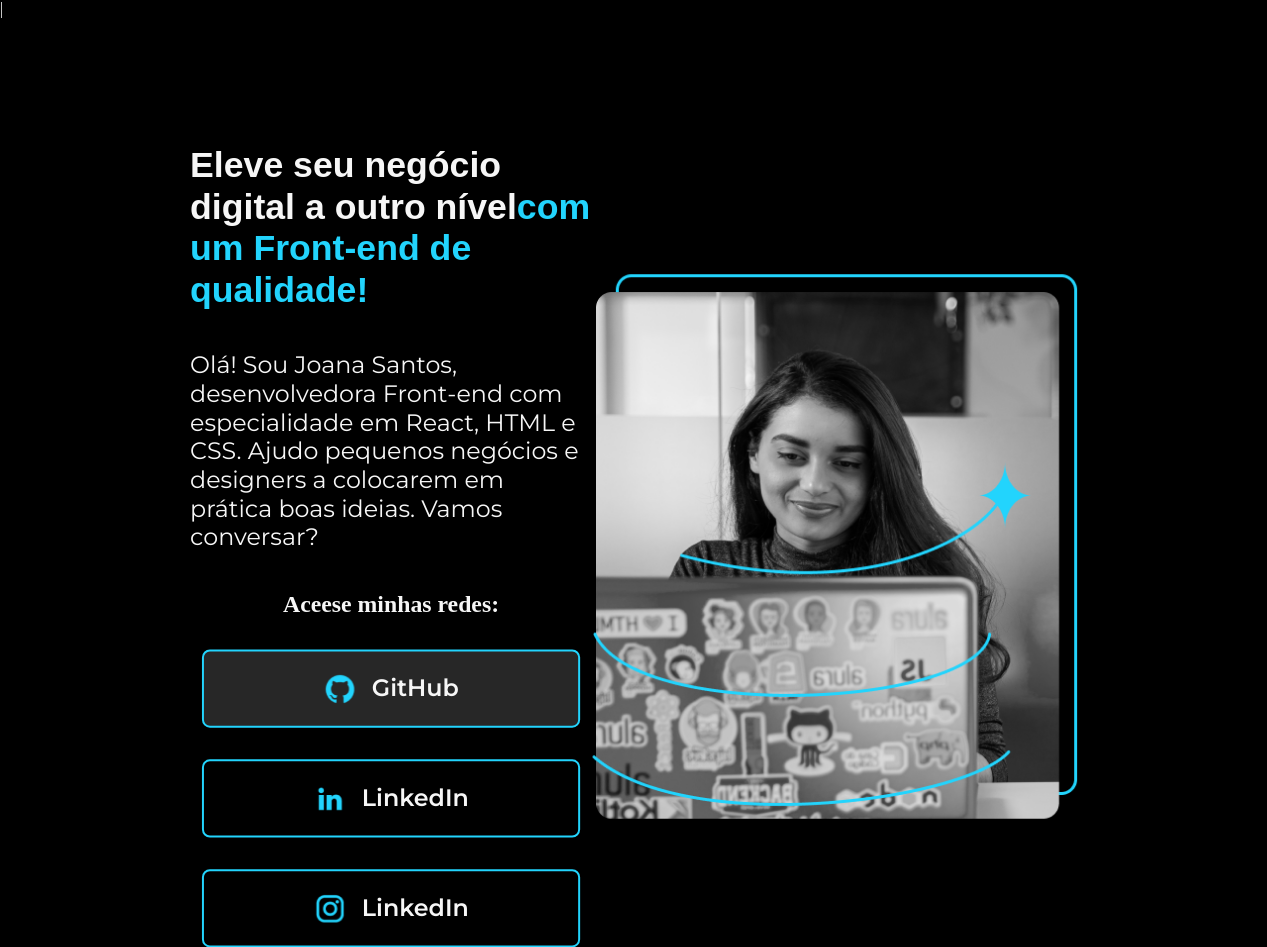
Repository: AnaFzCz/Portifolio-HTML-CSS-dinamico
Page: index.html
An editor plug-in stored every save of this project. The page is shown before and after the next save, followed by the edit.
The browser window is 1280 px wide. The pictures show the whole page, at 99% of full size.
The pointer rests on the first visible `.apresentacao__links__link`.
Some web fonts or font styles are not loaded; a fallback is used.

Above is the page before, as saved 2025-02-09 06:48:30.

### index.html
|
<!DOCTYPE html>
<html lang="pt-br">

<head>
    <meta charset="UTF-8">
    <meta http-equiv="X-UA-Compatible" content="IE=edge">
    <meta name="viewport" content="width=device-width, initial-scale=1.0">
    <title>Portifolio</title>
    <link rel="stylesheet" href="style.css">
</head>

<body>
    <header></header>
    <main class="apresentacao">
        <section class="apresentacao__conteudo">
            <h1 class="apresentacao__conteudo__titulo">Eleve seu negócio digital a outro nível<strong
                    class="titulo-destaque">com um Front-end de qualidade!
                </strong></h1>
            <p class="apresentacao__conteudo__texto">Olá! Sou Joana Santos, desenvolvedora
                Front-end com especialidade em React, HTML e
                CSS. Ajudo pequenos negócios e designers a
                colocarem em prática boas ideias. Vamos
                conversar?</p>
            <div class="apresentacao__links">
                <h2 class="apresentacao__links_subtitulo">Aceese minhas redes:</h2>
               <a class="apresentacao__links__link" href="https://github.com/AnaFzCz">
                <img src="/assets/github.png">
                GitHub</a>
                <a class="apresentacao__links__link" href="https://linkdIn.com/in/ana-fernandez-cruz-238787124">
                    <img src="/assets/linkedin.png">
                    LinkedIn</a>
                    <a class="apresentacao__links__link" href="https://instagram.com/anafzcz">
                        <img src="/assets/instagram.png">
                        LinkedIn</a>

            </div>

        </section>
        <img src="/assets/Imagem.png" alt="Foto da Joana Santos programando">
    </main>
    <footer></footer>
</body>

</html>

### style.css
@import url('https://fonts.googleapis.com/css2?family=Krona+One&family=Montserrat:wght@400;600&display=swap');

* {
    margin: 0;
    padding: 0;
}

body {
    height: 100vh;
    box-sizing: border-box;
    background-color: #000000;
    color: #F6F6F6;
}

.titulo-destaque {
    color: #22D4FD;
}

.apresentacao {
    margin: 10% 15%;
    display: flex;
    align-items: center;
    justify-content: space-between;
}

.apresentacao__conteudo {
    width: 615px;
    display: flex;
    flex-direction: column;
    gap: 40px;
}

.apresentacao__conteudo__titulo {
    font-size: 36px;
    font-family: 'Krona One', sans-serif;
}

.apresentacao__conteudo__texto {
    font-size: 24px;
    font-family: 'Montserrat', sans-serif;
}

.apresentacao__links {
    display: flex;
    flex-direction: column;
    justify-content: space-between;
    align-items: center;
    gap: 32px;
}

.apresentacao__links__subtitulo {
    font-family: 'Krona One', sans-serif;
    font-weight: 400;
    font-size: 24px;
}

.apresentacao__links__link {
    /* background-color: #22D4FD; */
    display: flex;
    justify-content: center;
    gap: 16px;
    border: 2px solid #22D4FD;
    width: 378px;
    text-align: center;
    border-radius: 8px;
    font-size: 24px;
    font-weight: 600;
    padding: 21.5px 0;
    text-decoration: none;
    color: #F6F6F6;
    font-family: 'Montserrat', sans-serif;
}

.apresentacao__links__link:hover {
    cursor: pointer;
    background-color: #272727;
}

After the next save:
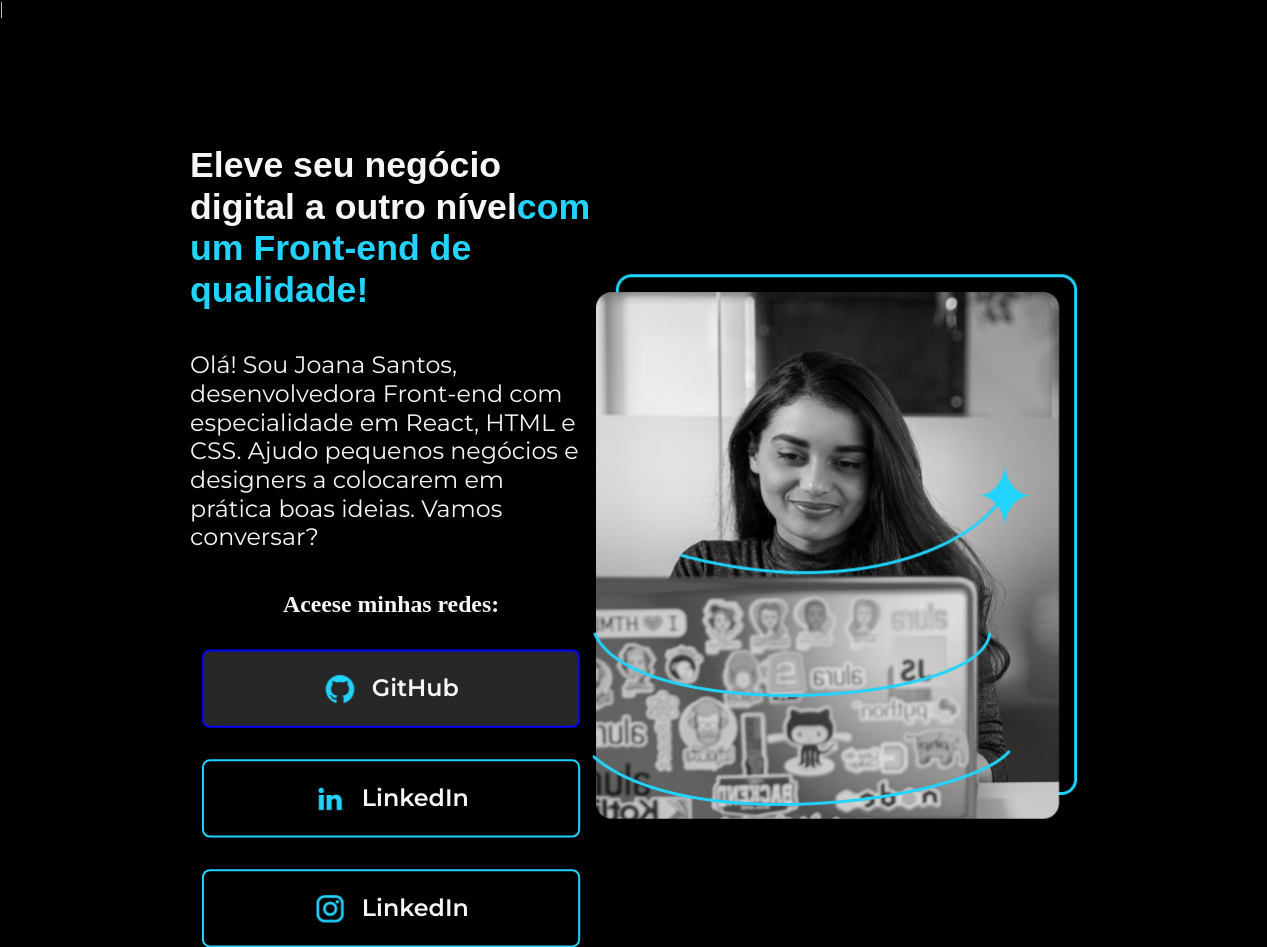
Saved 38 s later.
--- a/style.css
+++ b/style.css
@@ -74,4 +74,5 @@
 .apresentacao__links__link:hover {
     cursor: pointer;
     background-color: #272727;
+    border: 2px solid #0000FF;
 }
